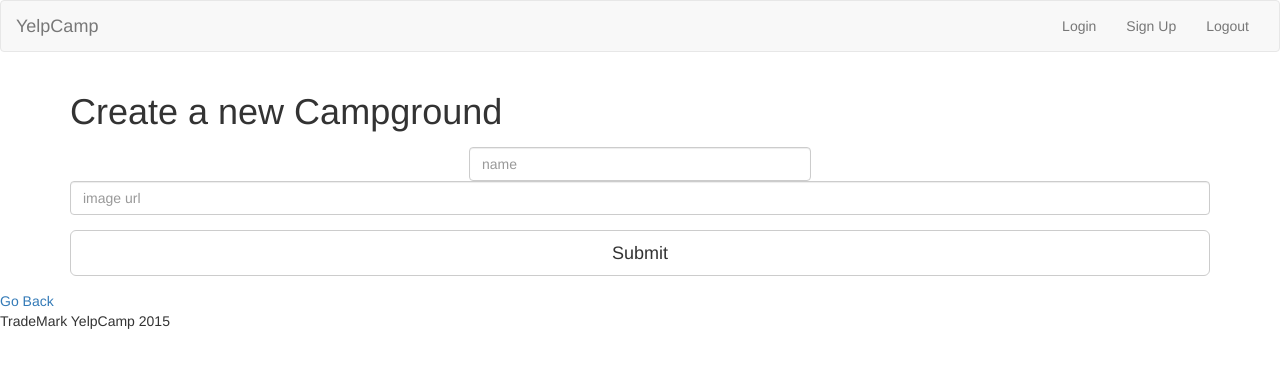
Repository: sanjansawant/Web-Developer-Bootcamp
Page: http://localhost/campgrounds/new
The author's editor kept a record of every edit. The page is drawn from the files as they stood at one moment, then again after the next edit.
The browser window is 1280 px wide. The pictures show the whole page.
Some web libraries are served in a nearby version. The page is served by the project's Node server (YelpCamp/v1/app.js).

Above is the page before.

### YelpCamp/v1/views/new.ejs
<% include partials/header %>
<div class="container">
        <div class="row"></div>
        <h1>Create a new Campground</h1>
        <div style="width: 30%; margin: 0 auto;">

        <form action="/campgrounds" method="POST">
            <div class="form-group"></div>
            <input class="form-control" type="text" name="name" placeholder="name">
            </div>
            <div class="form-group">
            <input class="form-control" type="text" name="image" placeholder="image url">

            </div>
            <div class="form-group">
            <button class="btn btn-lg btn-default btn-block">Submit</button>
             </div>
            </form>

            </div>

        <a href="campgrounds">Go Back</a>
    </div></div>
<% include partials/footer %>

### YelpCamp/v1/views/partials/header.ejs
<!DOCTYPE html>
<html>
    <head>
        <title>Yelp Camp</title>
        <link rel="stylesheet" type="text/css" href="https://maxcdn.bootstrapcdn.com/bootstrap/3.3.7/css/bootstrap.min.css">
        </head>

        <body>

            <nav class="navbar navbar-default">
    <div class="container-fluid">

        <div class="navbar-header">

            <button type="button" class="navbar-toggle collapsed" data-toggle="collapse" data-target="#bs-example-navbar-collapse-1" aria-expanded="false">
        <span class="sr-only">Toggle navigation</span>
        <span class="icon-bar"></span>
        <span class="icon-bar"></span>
        <span class="icon-bar"></span>
      </button>
               <a class="navbar-brand" href="/">YelpCamp</a>
        </div>
        <div class="collapse navbar-collapse" id="bs-example-navbar-collapse-1">
             <ul class="nav navbar-nav  navbar-right">

            <li><a href="/">Login</a></li>
             <li><a href="/">Sign Up</a></li>
             <li><a href="/">Logout</a></li>
             </ul>
         </div>

        <div>


    </nav>

### YelpCamp/v1/views/partials/footer.ejs


<p>TradeMark YelpCamp 2015</p>

<script
  src="https://code.jquery.com/jquery-3.2.1.js"
  integrity="sha256-DZAnKJ/6XZ9si04Hgrsxu/8s717jcIzLy3oi35EouyE="
  crossorigin="anonymous"></script>
</body>
</html>

### YelpCamp/v1/app.js
var express=require("express");
var app=express();

var bodyParser=require("body-parser");

app.use(bodyParser.urlencoded({extended:true}));

app.set("view engine","ejs");
app.use(express.static("public"));

 var campgrounds=[
       {name:"Salmon Creek",image:"https://farm6.staticflickr.com/5181/5641024448_04fefbb64d.jpg"},
       {name:"Granite Hill",image:"https://farm5.staticflickr.com/4137/4812576807_8ba9255f38.jpg"},
       {name:"Mountain Goat's Rest",image:"https://farm4.staticflickr.com/3273/2602356334_20fbb23543.jpg"}
       ];


app.get("/",function(req,res){

   res.render("landing");
});



app.get("/campgrounds",function(req,res){


       res.render("campgrounds",{campgrounds:campgrounds});

});



app.get("/campgrounds/new",function(req,res){

   res.render("new");

});

//rest
app.post("/campgrounds",function(req,res){

    var name=req.body.name;
    var image=req.body.image;
    var newCampground={name:name, image:image};
    campgrounds.push(newCampground);
    res.redirect("/campgrounds");

});




app.listen(process.env.PORT, process.env.IP,function(){

   console.log("Yelp Camp Server connected");
});

After the next edit:
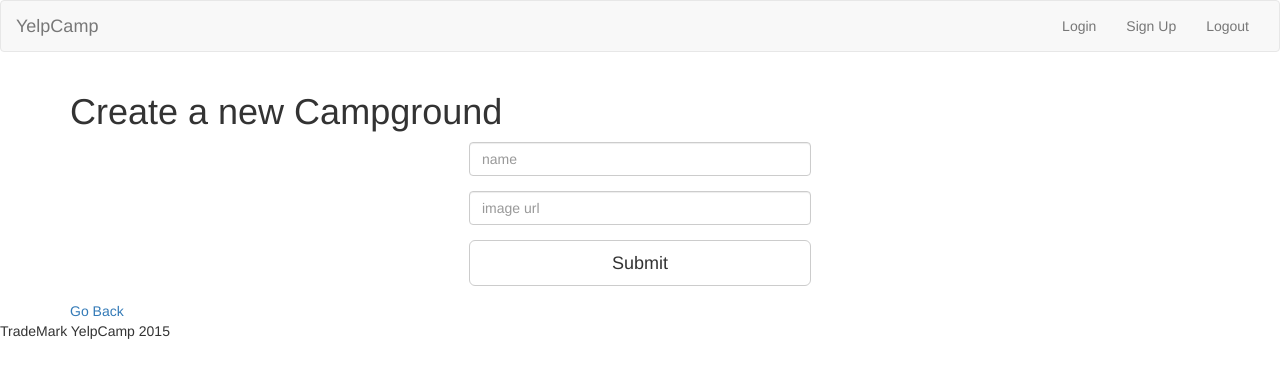
The edit:
--- a/YelpCamp/v1/views/new.ejs
+++ b/YelpCamp/v1/views/new.ejs
@@ -5,7 +5,7 @@
         <div style="width: 30%; margin: 0 auto;">
 
         <form action="/campgrounds" method="POST">
-            <div class="form-group"></div>
+            <div class="form-group">
             <input class="form-control" type="text" name="name" placeholder="name">
             </div>
             <div class="form-group">
